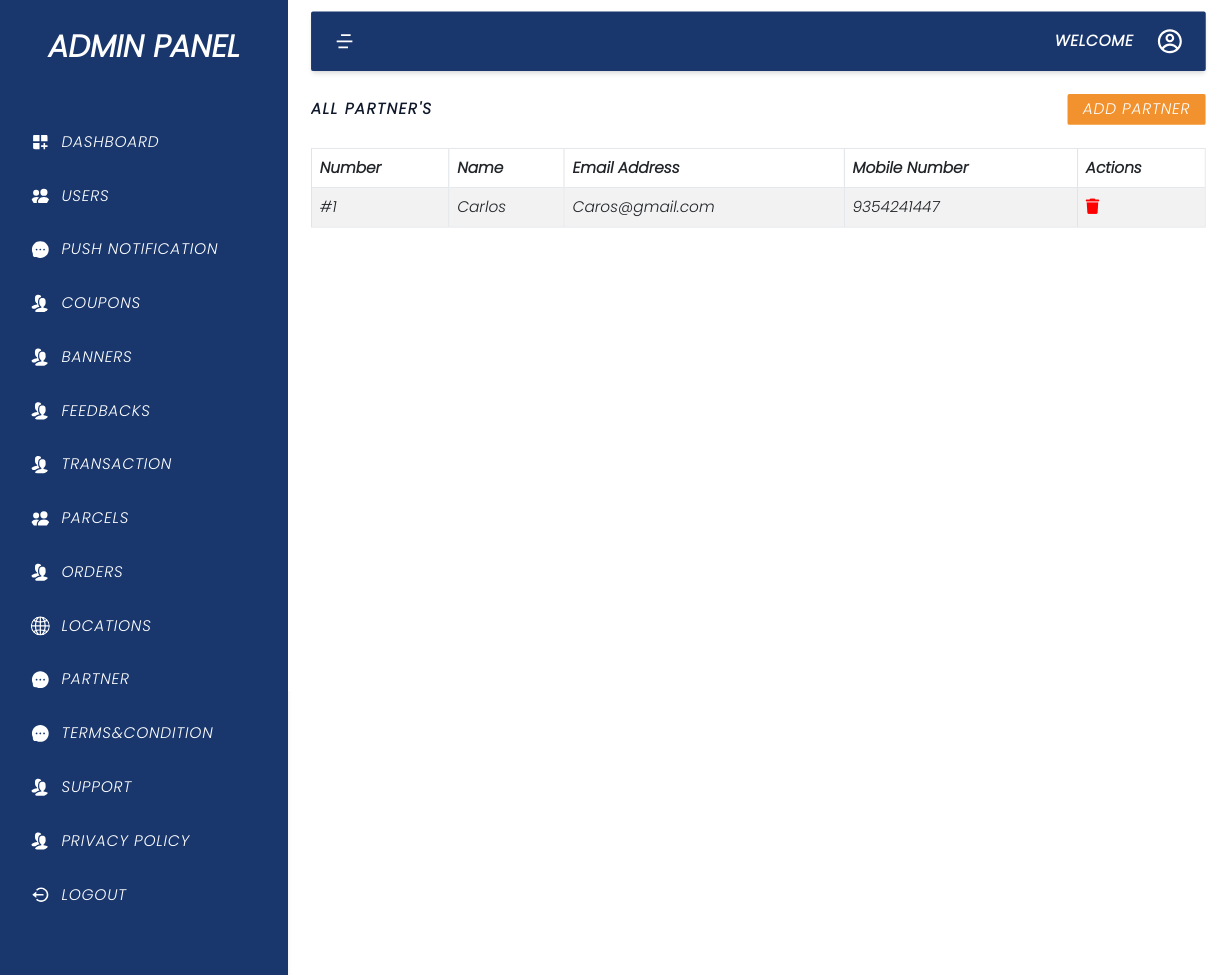
Repository: FlyweisReact/sarita
Page: /kundli
These files come from the project's save history. The page is drawn as it stood at one moment and after the next save; the edit follows.
The browser window is 1280 px wide. The pictures show the whole page, at 96% of full size.
Some web libraries are served in a nearby version. The project was rebuilt for these pictures with package versions that can differ from the ones it lists, and the page was loaded fresh each time. Also part of the build but not shown: src/vendorPanel/forms/VendorLogin.jsx, src/vendorPanel/pages/AdminDiscount.js, src/vendorPanel/pages/AdminReview.js, src/vendorPanel/pages/Astrologers.js, src/vendorPanel/pages/Banners.js, src/vendorPanel/pages/Booking.js, src/vendorPanel/pages/Horoscope.js, src/vendorPanel/pages/Message.js and 8 more.

Above is the page before, as saved 2023-04-19 13:13:44.

### public/index.html
<!-- @format -->

<!DOCTYPE html>
<html lang="en">
  <head>
    <meta charset="utf-8" />
    <meta name="viewport" content="width=device-width, initial-scale=1" />
    <meta name="theme-color" content="#000000" />
    <meta
      name="description"
      content="Web site created using create-react-app"
    />
    <link rel="apple-touch-icon" href="%PUBLIC_URL%/favicon.ico?v=2" />
    <link rel="manifest" href="%PUBLIC_URL%/manifest.json" />
    <link rel="preconnect" href="https://fonts.googleapis.com">
<link rel="preconnect" href="https://fonts.gstatic.com" crossorigin>
<link href="https://fonts.googleapis.com/css2?family=Roboto+Mono:ital,wght@1,300&display=swap" rel="stylesheet">
    <title>Ship24*7</title>
  </head>
  <body>
    <noscript>You need to enable JavaScript to run this app.</noscript>
    <div id="root"></div>
    <script src="https://code.jquery.com/jquery-3.6.0.min.js"></script>
    <script src="https://kit.fontawesome.com/b533b351e4.js" crossorigin="anonymous"></script>
  </body>
</html>

### src/index.js
import React from "react";
import ReactDOM from "react-dom/client";
import "./index.css";
import App from "./App";
import { BrowserRouter } from "react-router-dom";
import 'bootstrap/dist/css/bootstrap.min.css'

const root = ReactDOM.createRoot(document.getElementById("root"));
root.render(
  <React.StrictMode>
    <BrowserRouter>
      <App />
    </BrowserRouter>
  </React.StrictMode>
);

### src/index.css
/** @format */

@tailwind base;
@tailwind components;
@tailwind utilities;
@import url("https://fonts.googleapis.com/css2?family=Roboto+Mono:ital,wght@1,300&display=swap");
@font-face {
  font-family: Roboto;
  src: url("./Fonts/Poppins-LightItalic.ttf");
}
body {
  margin: 0;
  font-family: Roboto !important;
  -webkit-font-smoothing: antialiased;
  -moz-osx-font-smoothing: grayscale;
}

code {
  font-family: Roboto !important;
}

html {
  font-family: Roboto !important;
}

::-webkit-scrollbar {
  width: 10px;
}
.fa-trash {
  color: red;
  cursor: pointer;
}

.iCOn {

  transition: 0.5s;
  box-shadow: none;
  transform: scale(1);
}
.cardDiv{
  cursor: pointer;
}

.cardDiv:hover .iCOn{
  box-shadow: rgba(0, 0, 0, 0.35) 0px 5px 15px;
  transform: scale(1.3);
}

/* Track */
::-webkit-scrollbar-track {
  background: #f1f1f1;
}

/* Handle */
::-webkit-scrollbar-thumb {
  background: #888;
}

/* Handle on hover */
::-webkit-scrollbar-thumb:hover {
  background: #555;
}
.profileImage {
  width: 100px;
}
.fa-eye {
  color: #029aff;
  cursor: pointer;
}
.fa-edit {
  cursor: pointer;
  color: blue;
}

.View {
  border: 1px solid black;
  width: 100%;
  padding: 10px;
}

.main-card--container {
  display: grid;
  grid-template-columns: repeat(3, minmax(300px, 500px));
  grid-gap: 50px;
  justify-content: space-around;
}
.card-container {
  margin: 25px 0 auto;
  box-shadow: rgba(0, 0, 0, 0.35) 0px 5px 15px;
  position: relative;
  display: grid;
  grid-template-columns: 1fr;
  justify-content: space-around;
  align-items: flex-start;
}

.myEdit:focus {
  box-shadow: rgba(0, 0, 0, 0.35) 0px 5px 15px;
}



.AstroLogin{
  color: #fff;
  background-color: #2b7a8e;
  padding: 10px;
  width: 380px;
  text-align: center;
  font-size: 20px;
  background: linear-gradient(to left, #2b7a8e 50%, #fff 50%) right;
  background-size: 200%;
  transition: 0.5s ease-out;
  border: 1px solid #2b7a8e;
  margin-top: 10px;
  text-transform: uppercase;
}
.AstroLogin:hover {
  background-position: left;
  color: #2b7a8e;
}

.EcommerceAdminLogin{
  color: #fff;
  background-color: #19376d ;
  padding: 10px;
  width: 380px;
  text-align: center;
  font-size: 20px;
  background: linear-gradient(to left, #19376d 50%, #fff 50%) right;
  background-size: 200%;
  transition: 0.5s ease-out;
  border: 1px solid #19376d;
  margin-top: 10px;
  text-transform: uppercase;
}

.EcommerceAdminLogin:hover{
  background-position: left;
  color: #19376d;
}
.EcommerceVendorLogin{
  color: #fff;
  background-color: #576cbc;
  padding: 10px;
  width: 380px;
  text-align: center;
  font-size: 20px;
  background: linear-gradient(to left, #576cbc 50%, #fff 50%) right;
  background-size: 200%;
  transition: 0.5s ease-out;
  border: 1px solid #576cbc;
  margin-top: 10px;
  text-transform: uppercase;
}

.EcommerceVendorLogin:hover{
  background-position: left;
  color: #576cbc;
}

.view{
  background-color: #2196f3;
  color: #fff;
  width: 50%;
  padding: 5px;
}


.two-sec{
display:flex;
justify-content: space-evenly;
  justify-content: space-evenly;
}
.two-sec .left{
  width: 60%;
  background-color: #f6f1ef;
  padding: 20px;
 }
 .two-sec .left .head{
  font-size: 25px;
  font-weight: bold;
 }



.two-sec .right{
  width: 30%;
  background-color: #f6f1ef;
 }

 .searchDiv{
  width: 100%;
  display: flex;
  gap: 10px;
  border: 1px solid rgb(179, 179, 179);
  padding: 10px;
  margin-bottom: 20px;
  align-items: center;
 }
 .searchDiv input {
  width: 94%;
  outline: none;
  border: none;
 }

### src/App.js
/** @format */

import { Routes, Route } from "react-router-dom";
import { ToastContainer } from "react-toastify";
import "react-toastify/dist/ReactToastify.css";
import VendorLogin from "./vendorPanel/forms/VendorLogin";
import AdminDiscount from "./vendorPanel/pages/AdminDiscount";
import AdminReview from "./vendorPanel/pages/AdminReview";
import Astrologers from "./vendorPanel/pages/Astrologers";
import Banners from "./vendorPanel/pages/Banners";
import Booking from "./vendorPanel/pages/Booking";
import Horoscope from "./vendorPanel/pages/Horoscope";
import Kundli from "./vendorPanel/pages/Kundli";
import Message from "./vendorPanel/pages/Message";
import UploadDocs from "./vendorPanel/pages/UploadDocs";
import Users from "./vendorPanel/pages/Users";
import VendorDashboard from "./vendorPanel/pages/VendorDashboard.jsx";
import AdminUsers from "./vendorPanel/pages/AdminUsers";
import AdminBlogs from "./vendorPanel/pages/AdminBlogs";
import AdminCategory from "./vendorPanel/pages/AdminCategory";
import Support from "./vendorPanel/pages/Support";
import AdminTerms from "./vendorPanel/pages/AdminTerms";

function App() {
  return (
    <>
      <ToastContainer />

      <Routes>
        <Route path="/" element={<VendorLogin />} />
        <Route path="/vendorDashboard" element={<VendorDashboard />} />
        <Route path="/msg" element={<Message />} />
        <Route path="/admin/users" element={<AdminUsers />} />
        <Route path="/AdminDiscount" element={<AdminDiscount />} />
        <Route path="/Banners" element={<Banners />} />
        <Route path="/adminReviews" element={<AdminReview />} />

        <Route path="/admin/blogs" element={<AdminBlogs />} />
        <Route path="/book" element={<Booking />} />

        <Route path="/horo" element={<Horoscope />} />
        <Route path="/astro" element={<Astrologers />} />
        <Route path="/kundli" element={<Kundli />} />



        <Route path="/uploadDocs" element={<UploadDocs />} />
        <Route path="/privacy-policy" element={<Users />} />
        <Route path="/admin/category" element={<AdminCategory />} />
        <Route path="/admin/support" element={<Support />} />
        <Route path="/admin/terms" element={<AdminTerms />} />

      </Routes>
    </>
  );
}

export default App;

### src/vendorPanel/pages/Kundli.js
/** @format */

import React, { useState } from "react";
import { Table, Modal, Form, Button } from "react-bootstrap";
import { toast } from "react-toastify";
import HOC from "../layout/HOC";

const Kundli = () => {
  const [modalShow, setModalShow] = React.useState(false);

  const [open, setOpen] = useState(false);

  function MyVerticallyCenteredModal(props) {
    return (
      <Modal
        {...props}
        size="lg"
        aria-labelledby="contained-modal-title-vcenter"
        centered
      >
        <Modal.Header closeButton>
          <Modal.Title id="contained-modal-title-vcenter">
            Add Kundli
          </Modal.Title>
        </Modal.Header>
        <Modal.Body>
          <Form>
            <Form.Select aria-label="Default select example" className="mb-3">
              <option>Open to select user</option>
              <option value="">User</option>
              <option value="">User2</option>
            </Form.Select>

            <Form.Group className="mb-3">
              <Form.Label>Kundli</Form.Label>
              <Form.Control type="file" required />
            </Form.Group>

            <Button variant="outline-success" type="submit">
              Submit
            </Button>
          </Form>
        </Modal.Body>
      </Modal>
    );
  }

  function ViewDocument(props) {
    return (
      <Modal
        {...props}
        aria-labelledby="contained-modal-title-vcenter"
        centered
      >
        <Modal.Header closeButton style={{ borderBottom: "0" }}></Modal.Header>
        <Modal.Body>
          <img
            src={"https://www.astrosage.com/kundli/images/kundali.jpg"}
            alt=""
            style={{ width: "100%" }}
          />
        </Modal.Body>
      </Modal>
    );
  }

  return (
    <>
      <MyVerticallyCenteredModal
        show={modalShow}
        onHide={() => setModalShow(false)}
      />
      <ViewDocument show={open} onHide={() => setOpen(false)} />

      <section>
        <div className="pb-4 sticky top-0  w-full flex justify-between items-center bg-white">
          <span className="tracking-widest text-slate-900 font-semibold uppercase ">
            All Partner's
          </span>
          <button
            onClick={() => {
              setModalShow(true);
            }}
            className="md:py-2 px-3 md:px-4 py-1 rounded-sm bg-[rgb(241,146,46)] text-white tracking-wider uppercase"
          >
            Add partner
          </button>
        </div>

        <Table striped bordered hover>
          <thead>
            <tr>
              <th>Number</th>
              <th>Name</th>
              <th>Email Address</th>
              <th> Mobile Number   </th>
              <th>Actions</th>
            </tr>
          </thead>
          <tbody>
            <tr>
              <td>#1</td>
              <td>Carlos</td>
              <td>Caros@gmail.com</td>
              <td>9354241447</td>

              <td>
                <i className="fa-solid fa-trash" />
              </td>
            </tr>
          </tbody>
        </Table>
      </section>
    </>
  );
};

export default HOC(Kundli);

### src/vendorPanel/layout/HOC.jsx
import React, { useState } from "react";
import Navbar from "./Navbar";
import Sidebar from "./Sidebar";

const HOC = (Wcomponenet) => {
  return function Component() {
    const [hamb, setHamb] = useState(false);
    return (
      <>
        <section className="flex overflow-x-hidden relative">
          {/* Sidebar */}
          <div
            className={
              hamb
                ? " absolute top-0 z-30 md:w-auto shadow-md bg-slate-200  w-60 transition-all md:-left-full left duration-150  h-auto overflow-y-auto  left-0 "
                : " md:w-72 z-30 bg-slate-200  shadow-md  md:static absolute top-0 -left-full   transition-all duration-150  overflow-y-auto h-auto"
            }
            style={{minWidth : '300px'}}
          >
            <Sidebar hamb={hamb} setHamb={setHamb} />
          </div>
          {/* Components & Navbar */}
          <div
            className={
              hamb
                ? " transition-all px-4 py-2  bg-white duration-150 w-full h-screen"
                : " w-full h-screen  px-4 py-2  bg-white z-50 transition-all duration-150 "
            }
          >
            <Navbar hamb={hamb} setHamb={setHamb} />
            <div className="my-6 text-#000 h-[87%] wcomp overflow-y-auto">
              <Wcomponenet />
            </div>
          </div>
        </section>
      </>
    );
  };
};

export default HOC;

### src/vendorPanel/layout/Navbar.jsx
/** @format */

import { RiMenu4Line } from "react-icons/ri";
import { CgProfile } from "react-icons/cg";
import Form from "react-bootstrap/Form";
import { useState } from "react";
import Button from "react-bootstrap/Button";
import Modal from "react-bootstrap/Modal";
import Container from "react-bootstrap/Container";

function MyVerticallyCenteredModal(props) {
  return (
    <Modal
      {...props}
      size="lg"
      aria-labelledby="contained-modal-title-vcenter"
      centered
    >
      <Modal.Header closeButton>
        <Modal.Title id="contained-modal-title-vcenter">
          Edit Profile
        </Modal.Title>
      </Modal.Header>
      <Modal.Body>
        <Container style={{ width: "600px" }}>
          <Form>
            <Form.Group className="mb-3" controlId="formBasicEmail">
              <Form.Label>Name</Form.Label>
              <Form.Control type="text" placeholder="Admin" />
            </Form.Group>
            <Form.Group className="mb-3" controlId="formBasicPassword">
              <Form.Label>Email Address</Form.Label>
              <Form.Control type="email" placeholder="admin@gmail.com" />
            </Form.Group>
            <Form.Group className="mb-3" controlId="formBasicPassword">
              <Form.Label>Password</Form.Label>
              <Form.Control type="password" placeholder="Password" />
            </Form.Group>
            <Button
              style={{ backgroundColor: "#19376d", borderRadius: "0" }}
              type="submit"
            >
              Edit
            </Button>
          </Form>
        </Container>
      </Modal.Body>
    </Modal>
  );
}

const Navbar = ({ hamb, setHamb }) => {
  const [modalShow, setModalShow] = useState(false);

  return (
    <>
      <MyVerticallyCenteredModal
        show={modalShow}
        onHide={() => setModalShow(false)}
      />

      <div
        className={
          hamb
            ? "flex  w-full justify-between  my-1 rounded-sm  p-4 py-3 shadow-md items-center  bg-slate-200 space-x-4"
            : "flex  w-full justify-between my-1 rounded-sm  p-4 py-3 shadow-md items-center  bg-slate-200 space-x-4"
        }
        style={{ backgroundColor: "#19376d" }}
      >
        <RiMenu4Line
          onClick={() => setHamb(!hamb)}
          className="text-2xl font-bold text-gray-900 hover:scale-90 cursor-pointer"
          style={{ color: "#fff" }}
        />

        <section className="flex sm:ml-auto justify-end sm:w-full items-center space-x-2  pr-2">
          <figcaption className="tracking-wider pl-1 font-semibold">
            <div
              className="lg:text-base text-sm text-gray-900  uppercase"
              style={{ color: "#fff" }}
            >
              Welcome
            </div>
          </figcaption>
        </section>

        <CgProfile
          onClick={() => setModalShow(true)}
          className="text-2xl sm:text-3xl font-bold text-[rgb(241,146,46)] cursor-pointer"
          style={{ color: "#fff" }}
        />
      </div>
    </>
  );
};

export default Navbar;

### src/vendorPanel/layout/Sidebar.jsx
/** @format */

import React from "react";
import { RiCloseLine } from "react-icons/ri";
import { Link, useNavigate } from "react-router-dom";
import { BsFillPeopleFill } from "react-icons/bs";
import { ImUsers } from "react-icons/im";
import { BiLogOutCircle } from "react-icons/bi";
import { MdDashboardCustomize } from "react-icons/md";
import { BsGlobe2 } from "react-icons/bs";
import { AiFillMessage } from "react-icons/ai";

const Sidebar = ({ hamb, setHamb }) => {
  const navigate = useNavigate();

  const nav = [
    {
      icon: <MdDashboardCustomize className="text-xl mr-3 rounded-full " />,
      link: "/vendorDashboard",
      name: "DASHBOARD",
    },
    {
      icon: <BsFillPeopleFill className="text-xl mr-3 rounded-full " />,
      link: "/admin/users",
      name: "USERS",
    },
    {
      icon: <AiFillMessage className="text-xl mr-3 rounded-full " />,
      link: "/msg",
      name: "Push NOTIFICATION",
    },
    {
      icon: <ImUsers className="text-xl mr-3 rounded-full " />,
      link: "/AdminDiscount",
      name: "COUPONS",
    },
    {
      icon: <ImUsers className="text-xl mr-3 rounded-full " />,
      link: "/Banners",
      name: "BANNERS",
    },
    {
      icon: <ImUsers className="text-xl mr-3 rounded-full " />,
      link: "/adminReviews",
      name: "FEEDBACKS",
    },
    {
      icon: <ImUsers className="text-xl mr-3 rounded-full " />,
      link: "/admin/blogs",
      name: "Transaction",
    },
    {
      icon: <BsFillPeopleFill className="text-xl mr-3 rounded-full " />,
      link: "/astro",
      name: "Parcels",
    },

    {
      icon: <ImUsers className="text-xl mr-3 rounded-full " />,
      link: "/book",
      name: "Orders",
    },



    {
      icon: <BsGlobe2 className="text-xl mr-3 rounded-full " />,
      link: "/horo",
      name: "Locations",
    },
    {
      icon: <AiFillMessage className="text-xl mr-3 rounded-full " />,
      link: "/kundli",
      name: "Partner",
    },









    {
      icon: <AiFillMessage className="text-xl mr-3 rounded-full " />,
      link: "/admin/terms",
      name: "TERMS&CONDITION",
    },
    {
      icon: <ImUsers className="text-xl mr-3 rounded-full " />,
      link: "/admin/support",
      name: "SUPPORT",
    },
    {
      icon: <ImUsers className="text-xl mr-3 rounded-full " />,
      link: "/privacy-policy",
      name: "PRIVACY POLICY",
    },

  ];

  const logOut = () => {
    navigate("/");
  };

  return (
    <>
      <aside
        className="p-4 h-auto"
        style={{ backgroundColor: "#19376d", minHeight: "100vh" }}
      >
        {/* Top */}
        <div className="w-full md:hidden relative  p-2 mb-4">
          <RiCloseLine
            onClick={() => setHamb(!hamb)}
            className="text-3xl  absolute top-2 sm:hover:rotate-[228deg] transition-transform font-bold right-2 sm:hover:text-[22px] text-[rgb(241,146,46)] cursor-pointer"
          />
        </div>{" "}
        <figure className="flex  flex-col items-center">
          <span className="font-bold text-[#fff]" style={{ fontSize: "2rem"  , textAlign : 'center'}}>
            ADMIN PANEL
          </span>
        </figure>
        <nav className="py-6">
          {nav.map((nav) => {
            return (
              <Link
                to={nav.link}
                key={nav.name}
                className=""
                style={{ textDecoration: "none"  , textTransform : 'uppercase'}}
              >
                <span
                  className="flex my-3 items-center cursor-pointer text-gray-900    tracking-wider p-2 rounded-sm"
                  style={{ color: "#fff" }}
                >
                  {nav.icon} {nav.name}
                </span>
              </Link>
            );
          })}
          <span
            className="flex my-3 items-center cursor-pointer text-gray-900    tracking-wider p-2 rounded-sm"
            onClick={() => logOut()}
            style={{ color: "#fff", textTransform : 'uppercase' }}
          >
            <BiLogOutCircle className="text-xl mr-3 rounded-full " /> LogOut
          </span>
        </nav>
      </aside>
    </>
  );
};

export default Sidebar;

Loaded but not shown: tailwind.config.js (common file)

After the next save:
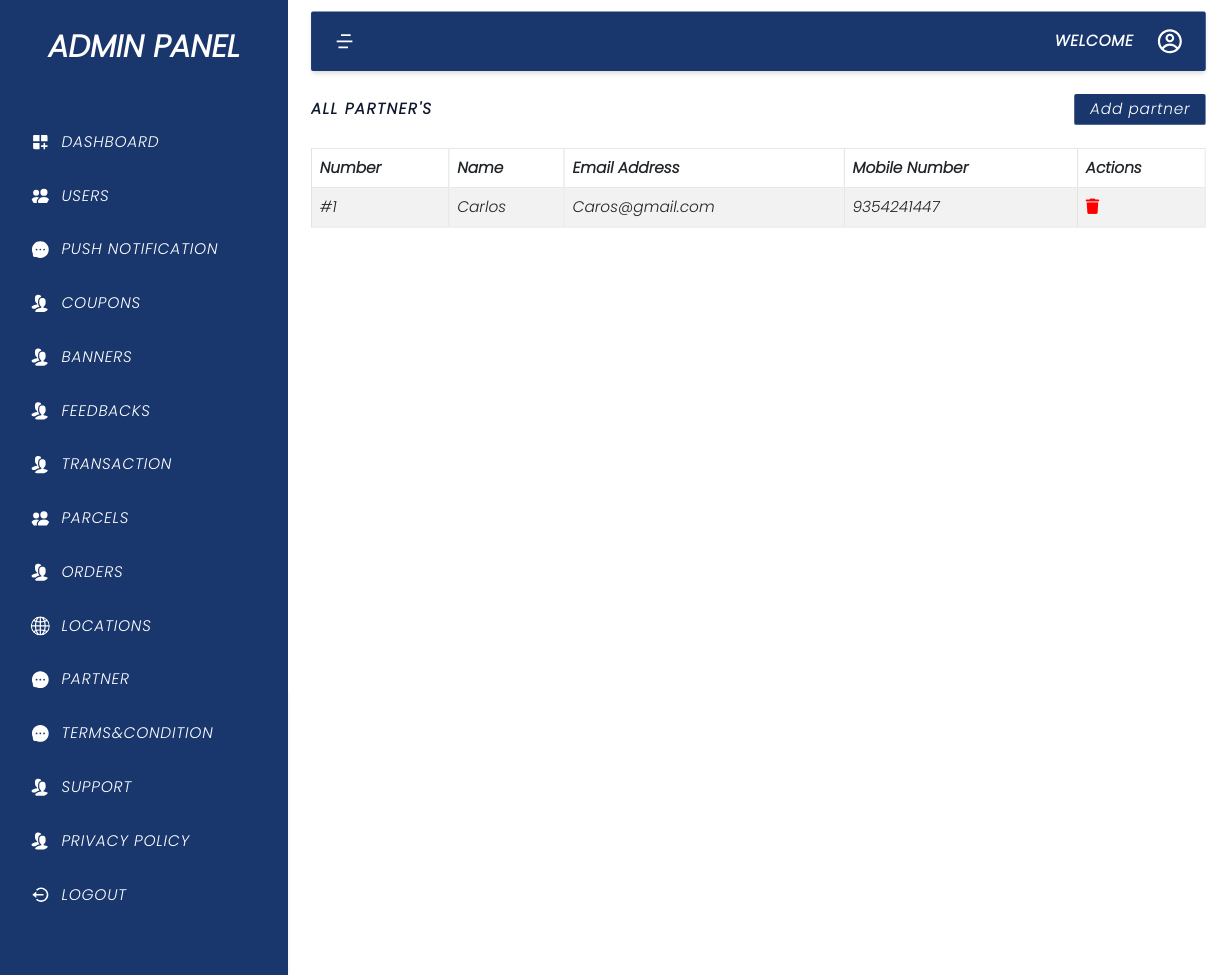
Saved 13 s later.
--- a/src/vendorPanel/pages/Kundli.js
+++ b/src/vendorPanel/pages/Kundli.js
@@ -81,7 +81,7 @@ const Kundli = () => {
             onClick={() => {
               setModalShow(true);
             }}
-            className="md:py-2 px-3 md:px-4 py-1 rounded-sm bg-[rgb(241,146,46)] text-white tracking-wider uppercase"
+            className="md:py-2 px-3 md:px-4 py-1 rounded-sm bg-[#19376d] text-white tracking-wider"
           >
             Add partner
           </button>
